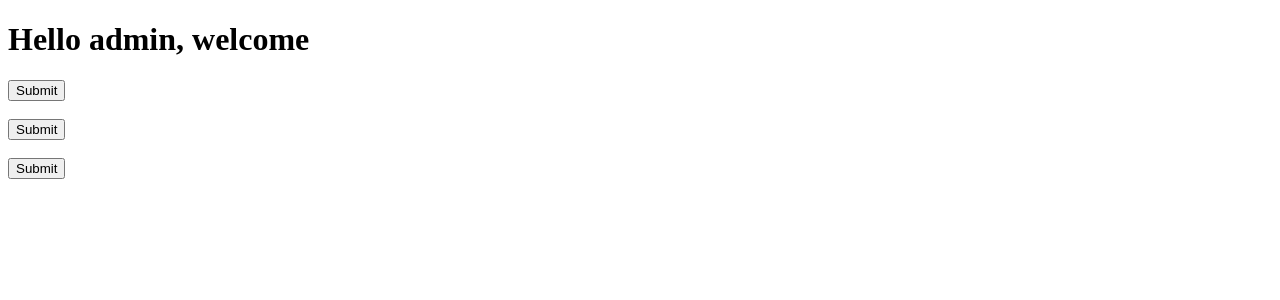
Repository: LingWenXing/java-fundamentals
Page: http://localhost/CarServiceSystem/adminLoginSuccess.jsp
The author's editor kept a copy of each file at every save. The page is drawn from the files as they stood at one save, then again after the next save.
The browser window is 1280 px wide. The pictures show the whole page.
The page is served by Tomcat 9.

Above is the page before, as saved 2022-04-11 04:02:05.

After the next save:
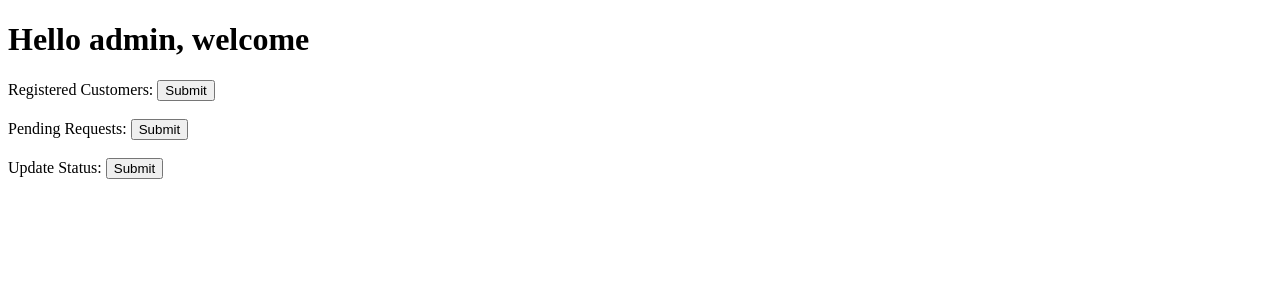
Saved 44 s later.
--- a/CarServiceSystem/src/main/webapp/adminLoginSuccess.jsp
+++ b/CarServiceSystem/src/main/webapp/adminLoginSuccess.jsp
@@ -9,15 +9,15 @@
 <body>
 	<h1>Hello admin, welcome</h1>
 	<form action = "/CarServiceSystem/RegisteredCustomers">
-		<input type="submit" name="Registered Customers">
+		Registered Customers: <input type="submit" name="Registered Customers">
 	</form>
 	<br>
 	<form action = "/CarServiceSystem/PendingRequest">
-		<input type="submit" name="Pending Requests">
+		Pending Requests: <input type="submit" name="Pending Requests">
 	</form>
 	<br>
 	<form action = "/CarServiceSystem/UpdateStatus">
-		<input type="submit" name="Update Status">
+		Update Status: <input type="submit" name="Update Status">
 	</form>
 </body>
 </html>
